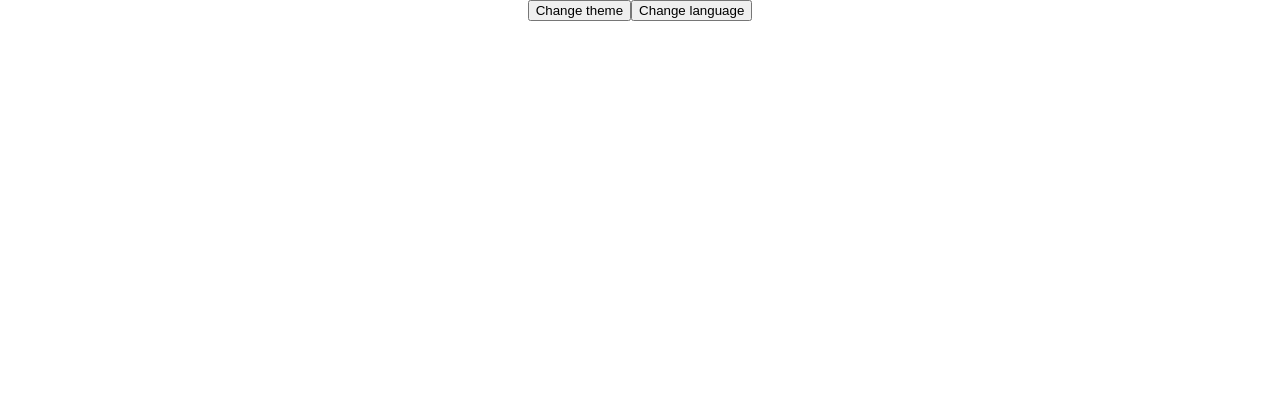
Repository: savannaaaas/contextLanguageTheme
Page: /
The author's editor kept a copy of each file at every save. The page is drawn from the files as they stood at one save, then again after the next save.
The browser window is 1280 px wide. The pictures show the whole page.
The project was rebuilt for these pictures with package versions that can differ from the ones it lists, and the page was loaded fresh each time. Also part of the build but not shown: vite.config.js.

Above is the page before, as saved 2025-07-11 17:15:20.

### src/main.jsx
import { StrictMode } from "react";
import { createRoot } from "react-dom/client";
import App from "./App.jsx";
import { MasterProvider } from "./providers/MasterProvider.jsx";

createRoot(document.getElementById("root")).render(
  <StrictMode>
    <MasterProvider>
      <App />
    </MasterProvider>
  </StrictMode>
);

### src/App.jsx
import { useContext } from "react";
import { ThemeContext } from "./providers/ThemeContext";
import { ControlsPanel } from "./components/ControlsPanel";
import "./App.css";
function App() {
  const { theme } = useContext(ThemeContext);

  const themeStyle = {
    backgroundColor: theme === "light" ? "#fff" : "black",
    padding: "0em",
    height: "100vh",
    width: "100vw",
    boxSizing: "border-box",
  };
  return (
    <div style={themeStyle}>
      <ControlsPanel />
    </div>
  );
}

export default App;

### src/providers/MasterProvider.jsx
import ThemeProvider from "./ThemeContext";
import LanguageProvider from "./LanguageContext";

export const MasterProvider = ({ children }) => {
  return (
    <ThemeProvider>
      <LanguageProvider>{children}</LanguageProvider>
    </ThemeProvider>
  );
};

### src/providers/ThemeContext.jsx
import { createContext, useCallback, useState } from "react";
export const ThemeContext = createContext(null);
const ThemeProvider = ({ children }) => {
  const [theme, setTheme] = useState("light");
  const toggleTheme = useCallback(() => {
    setTheme((theme) => (theme === "light" ? "dark" : "light"));
  }, [setTheme]);
  return (
    <ThemeContext.Provider value={{ theme, setTheme, toggleTheme }}>
      {children}
    </ThemeContext.Provider>
  );
};
export default ThemeProvider;

### src/components/ControlsPanel.jsx
import { useContext } from "react";
import { ThemeContext } from "../providers/ThemeContext";
import { LanguageContext } from "../providers/LanguageContext";
export const ControlsPanel = () => {
  const { toggleTheme } = useContext(ThemeContext);
  const { toggleLanguage } = useContext(LanguageContext);
  return (
    <>
      <button onClick={toggleTheme}>Change theme</button>
      <button onClick={() => toggleLanguage()}>Change language</button>
    </>
  );
};

### src/App.css
html, body, #root {
 height: 100%;
  margin: 0;
  padding: 0;
  text-align: center;
}

### src/providers/LanguageContext.jsx
import { createContext, useState } from "react";
export const LanguageContext = createContext(null);

const LanguageProvider = ({ children }) => {
  const [language, setLanguage] = useState("en");
  const toggleLanguage = () => {
    setLanguage((language) => (language === "en" ? "ru" : "en"));
  };
  return (
    <LanguageContext.Provider value={{ language, setLanguage, toggleLanguage }}>
      {children}
    </LanguageContext.Provider>
  );
};
export default LanguageProvider;

Loaded but not shown: index.html (common file)

After the next save:
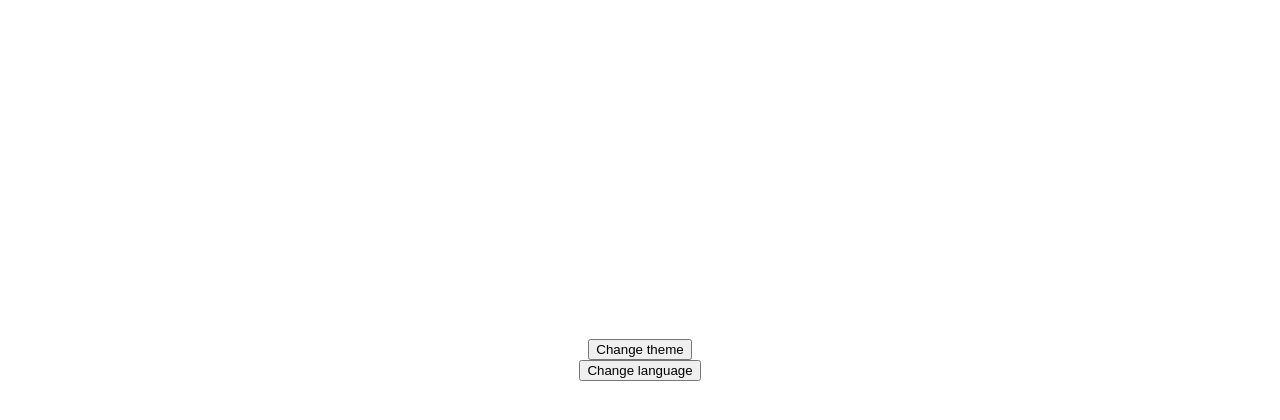
Saved 23 s later.
--- a/src/App.jsx
+++ b/src/App.jsx
@@ -7,10 +7,11 @@ function App() {
 
   const themeStyle = {
     backgroundColor: theme === "light" ? "#fff" : "black",
-    padding: "0em",
     height: "100vh",
-    width: "100vw",
-    boxSizing: "border-box",
+    display: "flex", // Flex-контейнер
+    flexDirection: "column", // Кнопки друг под другом
+    justifyContent: "center", // Центр по вертикали
+    alignItems: "center",
   };
   return (
     <div style={themeStyle}>
